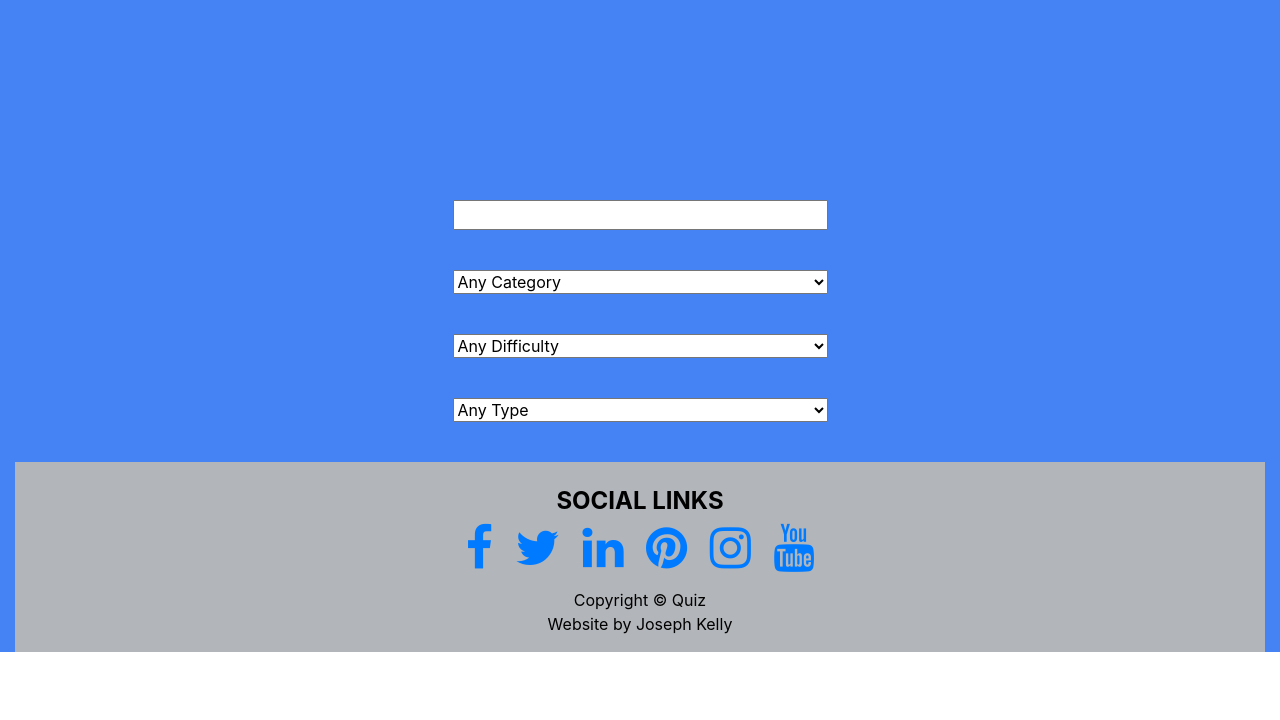
Repository: Code-Institute-Submissions/quiz-1
Page: load.html
The author's editor kept a record of every edit. The page is drawn from the files as they stood at one moment, then again after the next edit.
The browser window is 1280 px wide. The pictures show the whole page.

Above is the page before.

After the next edit:
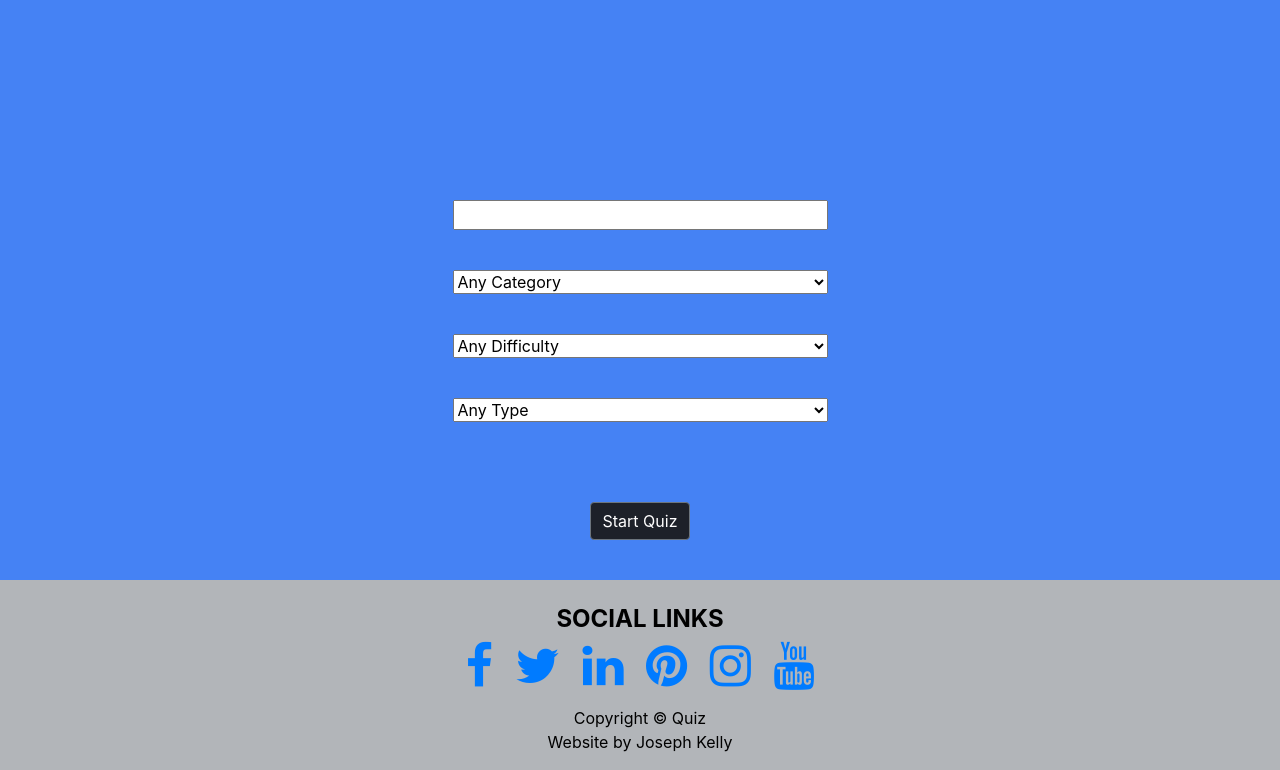
The edit:
--- a/load.html
+++ b/load.html
@@ -49,6 +49,10 @@
                 <option value="multiple-choice">Multiple Choice</option>
                 <option value="true/false">True/False</option>
             </select>
+        </div>
+        <div class="container-fluid load">
+            <button class="btn btn-secondary load-button" onclick="location.href='#'">Start Quiz</button>
+        </div>
     </div>
 </body>
 <footer class="container-fluid">
